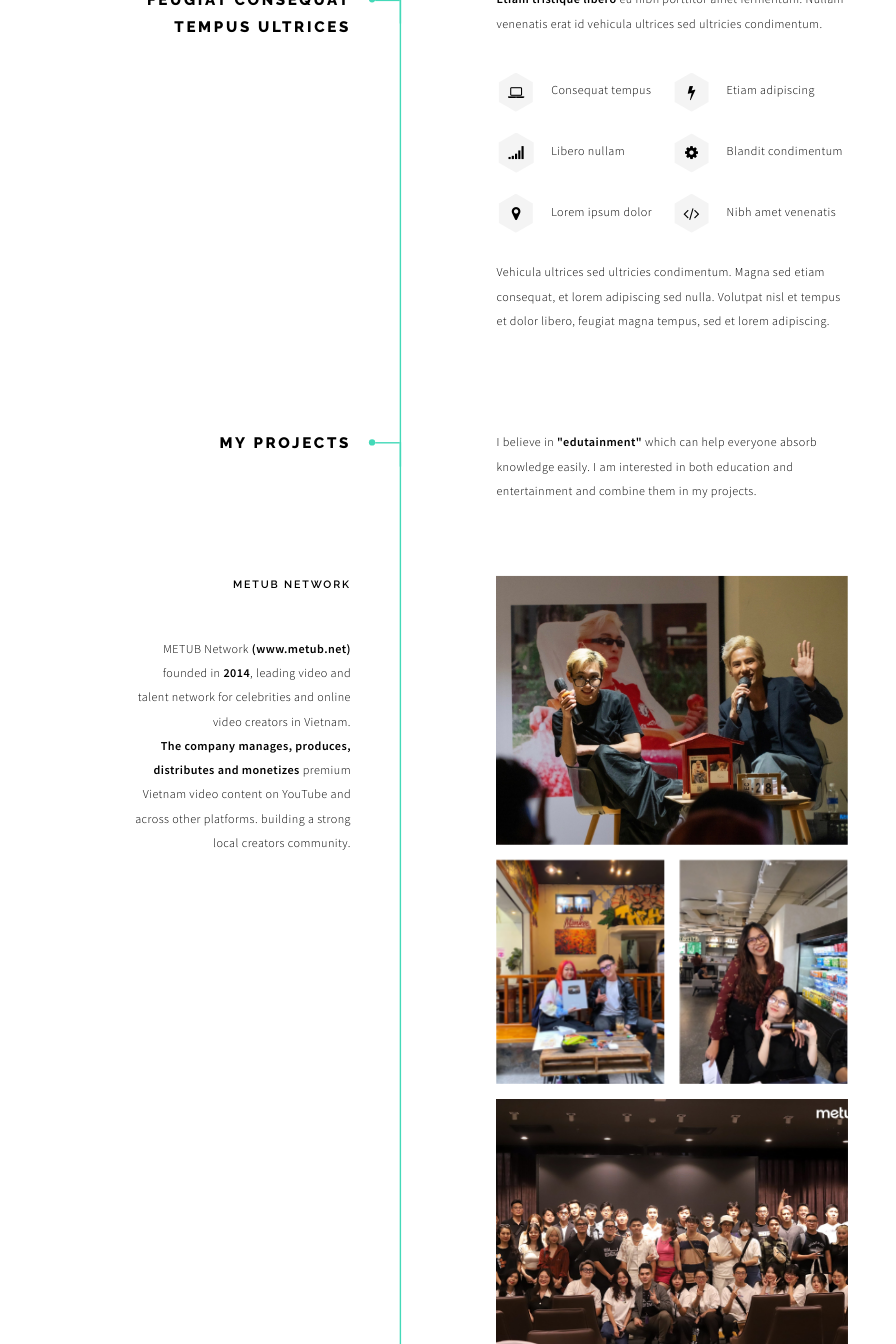
Repository: leonardin999/linh-porfolios
Page: index.html
These files come from the project's save history. The page is drawn as it stood at one moment and after the next save; the edit follows.
The browser window is 1280 px wide. The pictures show the part of the page from y = 2922 to 4842 px (the page is 8242 px tall), at 70% of full size.

Above is the page before, as saved 2023-01-24 21:05:09.

After the next save:
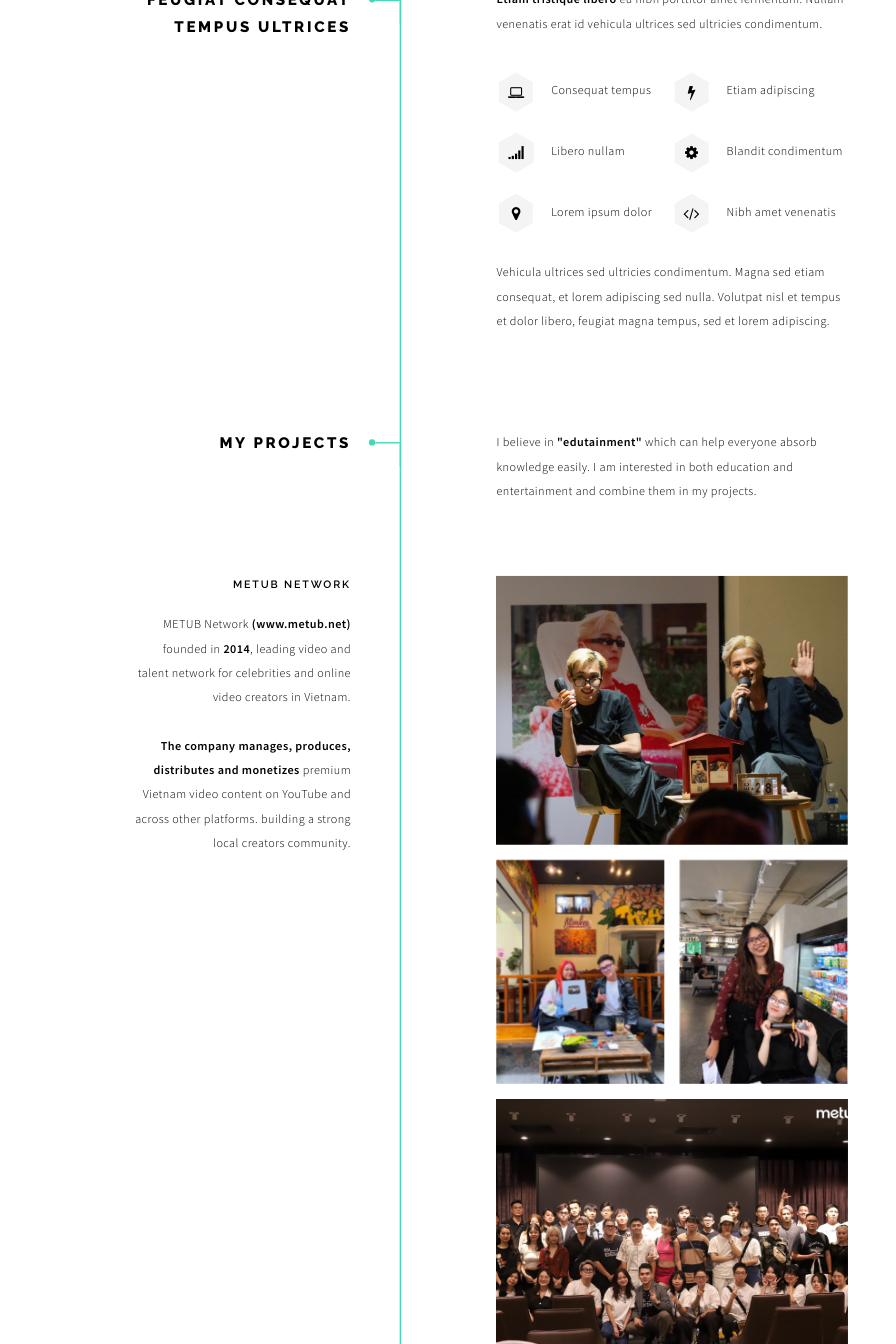
Saved 44 s later.
--- a/index.html
+++ b/index.html
@@ -130,8 +130,8 @@
           <section>
             <header>
               <h3>metub  network</h3>
-                <br>METUB Network <strong>(www.metub.net)</strong> founded in <strong>2014</strong>, leading video and talent network for celebrities and online video creators in Vietnam.
-                <br><strong>The company manages, produces, distributes and monetizes</strong> premium Vietnam video content on YouTube and across other platforms. building a strong local creators community.
+              <p>METUB Network <strong>(www.metub.net)</strong> founded in <strong>2014</strong>, leading video and talent network for celebrities and online video creators in Vietnam.</p>
+              <p><strong>The company manages, produces, distributes and monetizes</strong> premium Vietnam video content on YouTube and across other platforms. building a strong local creators community.</p>
             </header>
             <div class="content">
               <div class="gallery">
